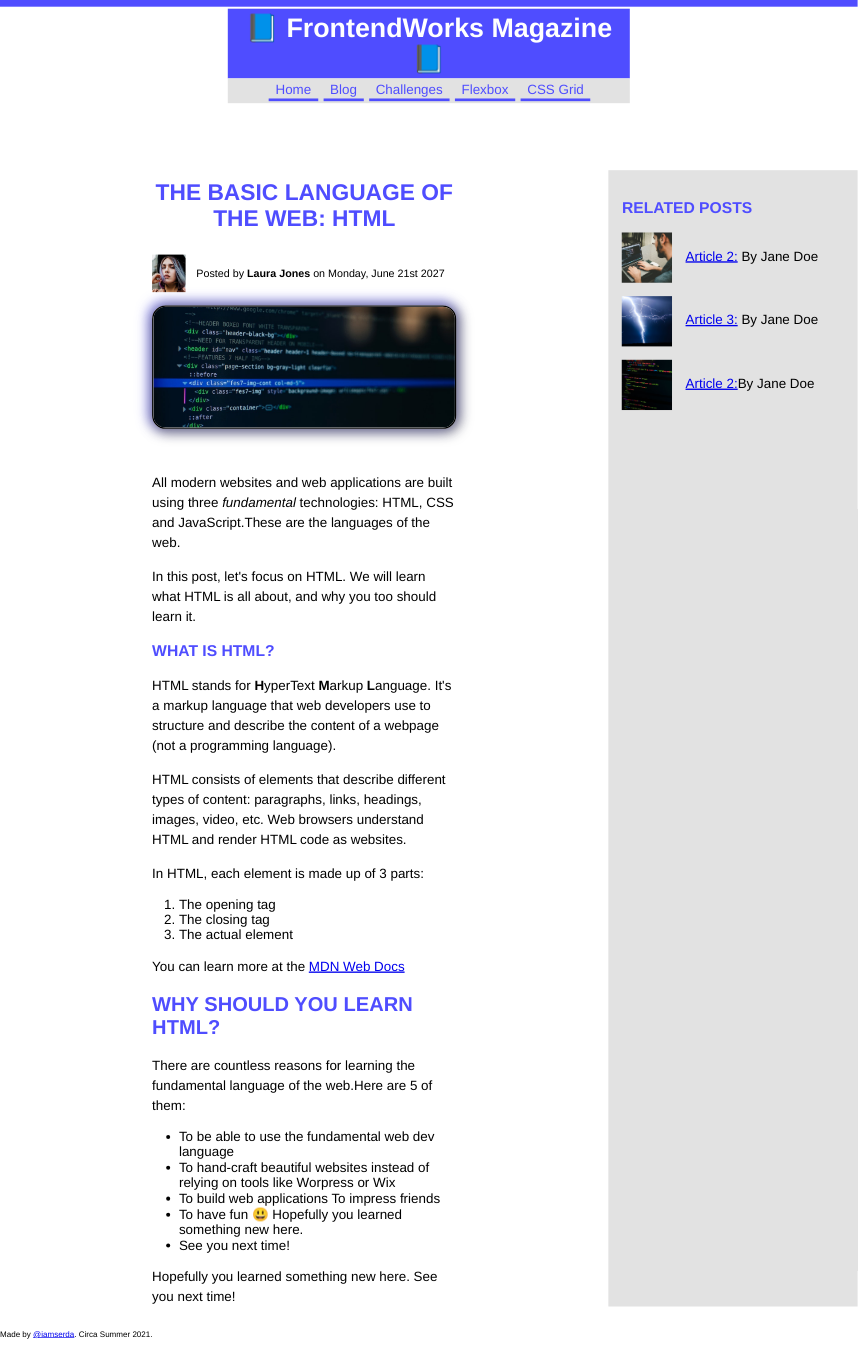
Repository: iamserda/html-css-course
Page: starter/02-HTML-Fundamentals/index.html
An editor plug-in stored every save of this project. The page is shown before and after the next save, followed by the edit.
The browser window is 1280 px wide. The pictures show the whole page, at 67% of full size.

Above is the page before, as saved 2021-07-17 18:02:59.

After the next save:
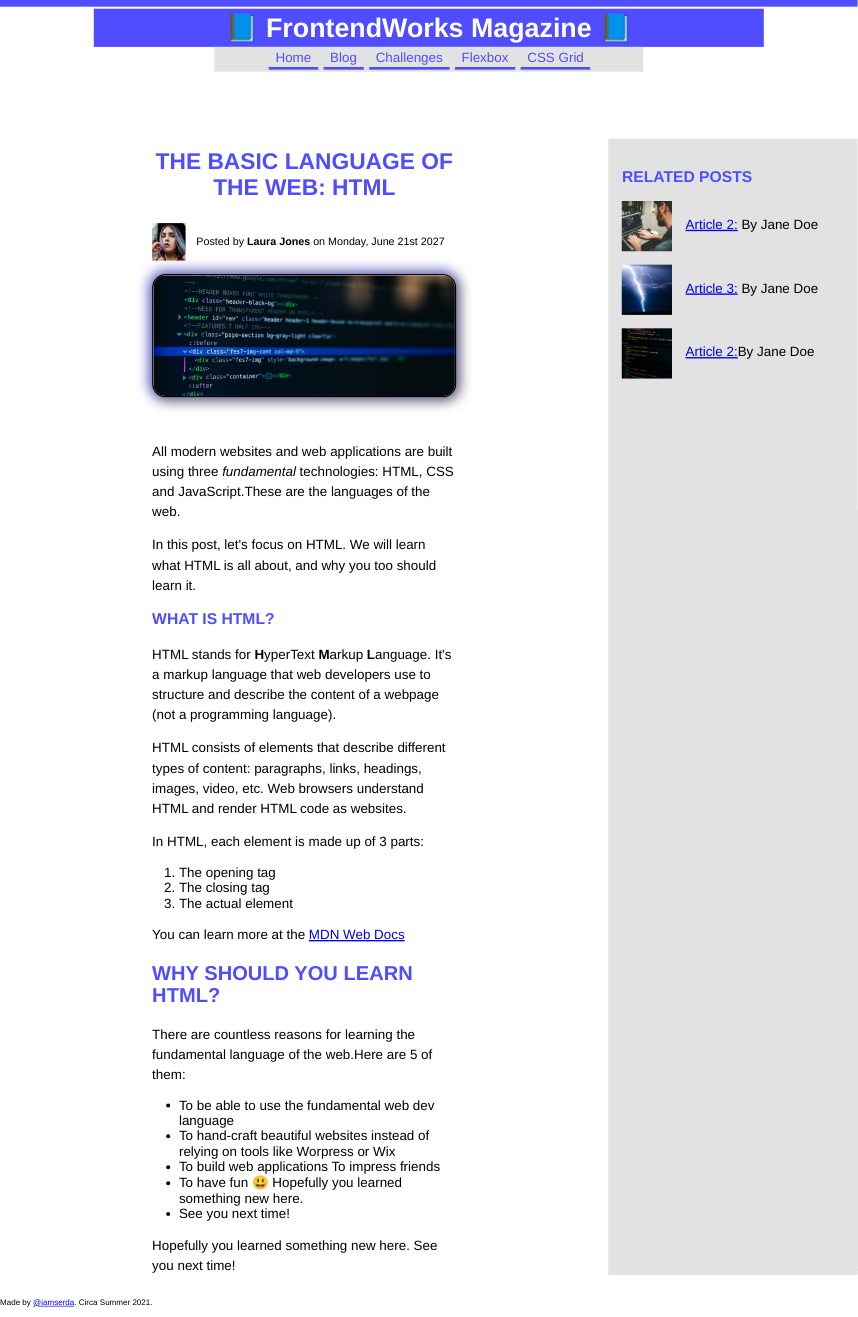
Saved 20 s later.
--- a/starter/02-HTML-Fundamentals/index.css
+++ b/starter/02-HTML-Fundamentals/index.css
@@ -43,7 +43,7 @@ h6 {
 .brandname,
 nav {
     width: 100%;
-    max-width: 600px;
+    max-width: 1000px;
     margin: 0 auto;
 }
 
